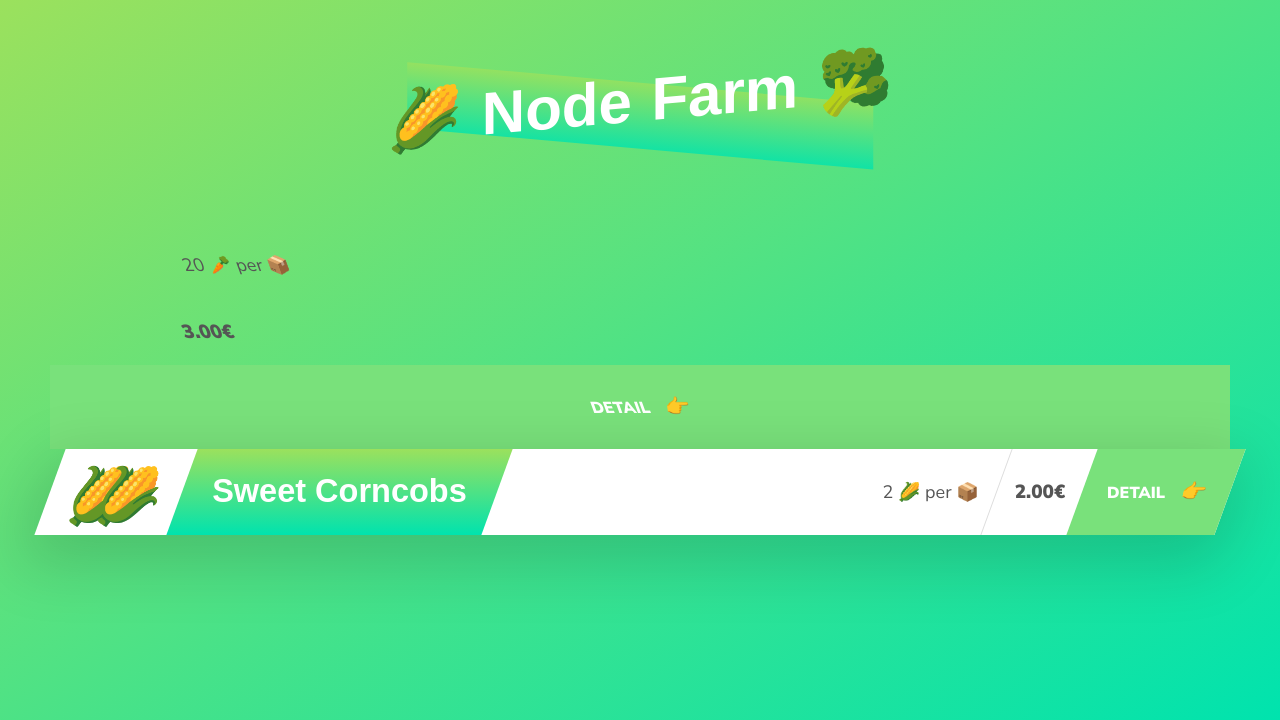
Repository: Tiantian-C/node2
Page: templates/template-overview.html
An editor plug-in stored every save of this project. The page is shown before and after the next save, followed by the edit.
The browser window is 1280 px wide. The pictures show the whole page.
Some web fonts or font styles are not loaded; a fallback is used.

Above is the page before, as saved 2023-07-15 15:41:27.

### templates/template-overview.html
<!DOCTYPE html>
<html lang="en">
  <head>
    <meta charset="UTF-8" />
    <meta name="viewport" content="width=device-width, initial-scale=1.0" />
    <meta http-equiv="X-UA-Compatible" content="ie=edge" />
    <link
      href="https://fonts.googleapis.com/css?family=Megrim|Nunito+Sans:400,900"
      rel="stylesheet"
    />
    <link
      rel="icon"
      href="https://emojipedia-us.s3.dualstack.us-west-1.amazonaws.com/thumbs/240/apple/155/ear-of-maize_1f33d.png"
    />

    <title>NODE FARM</title>

    <style>
      *,
      *::before,
      *::after {
        margin: 0;
        padding: 0;
        box-sizing: inherit;
      }

      html {
        font-size: 62.5%;
        box-sizing: border-box;
      }

      body {
        padding: 5rem 5rem 10rem;
        line-height: 1.7;
        font-family: 'Nunito Sans', sans-serif;
        color: #555;
        min-height: 100vh;
        background: linear-gradient(to bottom right, #9be15d, #00e3ae);
      }

      h1 {
        font-family: 'Megrim', sans-serif;
        font-size: 6rem;
        color: white;
        transform: skewY(-5deg);
        text-align: center;
        position: relative;
        word-spacing: 3px;
      }

      h1::before {
        content: '';
        display: block;
        height: 65%;
        width: 49%;
        position: absolute;
        top: 105%;
        left: 50%;
        background: linear-gradient(to bottom, #9be15d, #00e3ae);
        opacity: 0.8;
        z-index: -1;
        transform: skewY(370deg) translate(-50%, -50%);
      }

      .container {
        width: 95rem;
        margin: 0 auto;
      }

      .cards-container {
        margin-top: 8rem;
      }

      .card {
        background: white;
        box-shadow: 0 2rem 6rem 1rem rgba(0, 0, 0, 0.15);
        margin-bottom: 5rem;
        transform: skewX(-20deg);
        display: flex;
        transition: all 0.5s;
      }

      .card__emoji {
        font-size: 5.5rem;
        line-height: 1.2;
        padding: 1.5rem 6rem 0.5rem 1.5rem;
        letter-spacing: -4rem;
        transform: skewX(20deg);
      }

      .card__title-box {
        background: linear-gradient(to bottom, #9be15d, #00e3ae);
        margin-right: auto;
        display: flex;
        align-items: center;
        padding: 0 3rem;
      }

      .card__title {
        font-family: 'Megrim', sans-serif;
        color: white;
        font-size: 3.25rem;
        transform: skewX(20deg);
      }

      .card__details {
        display: flex;
      }

      .card__detail-box {
        align-self: stretch;
        border-right: 1px solid #ddd;
        display: flex;
        align-items: center;
      }

      .card__detail-box:last-child {
        border: none;
      }

      .card__detail {
        font-weight: 400;
        font-size: 1.8rem;
        transform: skewX(20deg);
        padding: 1.75rem;
      }

      .card__detail--organic {
        font-weight: 900;
        text-transform: uppercase;
        font-size: 1.9rem;
        background-image: linear-gradient(to right, #9be15d, #00e3ae);
        -webkit-background-clip: text;
        background-clip: text;
        color: transparent;
      }

      .card__detail--price {
        font-weight: 900;
        font-size: 1.9rem;
      }

      .card__link:link,
      .card__link:visited {
        flex: 0 0 auto;
        background-color: #79e17b;
        color: white;
        font-size: 1.6rem;
        font-weight: 900;
        text-transform: uppercase;
        text-decoration: none;
        padding: 2.5rem;
        text-align: center;
        display: flex;
        align-items: center;
        justify-content: center;
        transition: all 0.3s;
      }

      .card__link:hover,
      .card__link:active {
        background-color: #9be15d;
      }

      .card__link span {
        transform: skewX(20deg);
      }

      .card:hover {
        transform: skewX(-20deg) scale(1.08);
        box-shadow: 0 3rem 8rem 2rem rgba(0, 0, 0, 0.15);
      }

      .emoji-left {
        font-size: 2rem;
        margin-right: 1rem;
      }

      .emoji-right {
        font-size: 2rem;
        margin-left: 1rem;
      }

      .not-organic {
        display: none;
      }
    </style>
  </head>

  <body>
    <div class="container">
      <h1>🌽 Node Farm 🥦</h1>

      <div class="cards-container">

              <h6 class="card__detail">20 🥕 per 📦</h6>
            </div>

            <div class="card__detail-box">
              <h6 class="card__detail card__detail--price">3.00€</h6>
            </div>
          </div>

          <a class="card__link" href="#">
            <span>Detail <i class="emoji-right">👉</i></span>
          </a>
        </figure>

        <figure class="card">
          <div class="card__emoji">🌽🌽</div>
          <div class="card__title-box">
            <h2 class="card__title">Sweet Corncobs</h2>
          </div>

          <div class="card__details">
            <div class="card__detail-box">
              <h6 class="card__detail">2 🌽 per 📦</h6>
            </div>

            <div class="card__detail-box">
              <h6 class="card__detail card__detail--price">2.00€</h6>
            </div>
          </div>

          <a class="card__link" href="#">
            <span>Detail <i class="emoji-right">👉</i></span>
          </a>
        </figure>
      </div>
    </div>
  </body>
</html>

After the next save:
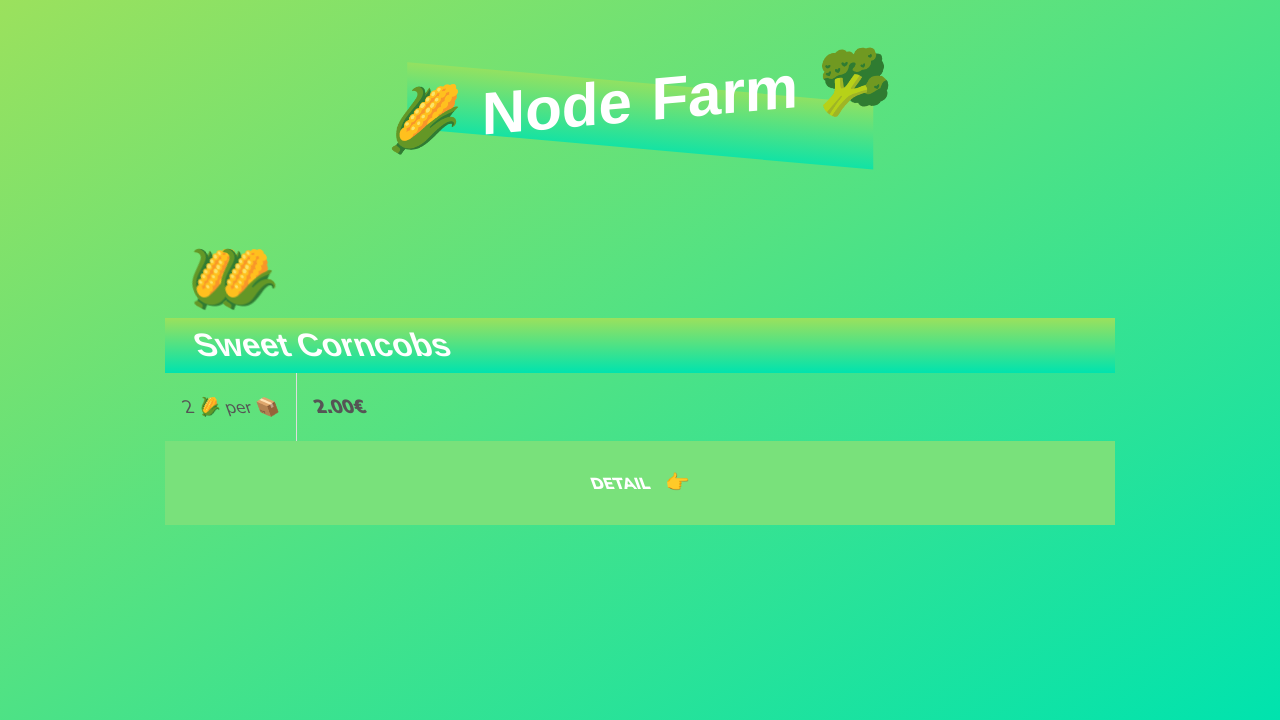
Saved 5 s later.
--- a/templates/template-overview.html
+++ b/templates/template-overview.html
@@ -193,20 +193,7 @@
 
       <div class="cards-container">
 
-              <h6 class="card__detail">20 🥕 per 📦</h6>
-            </div>
-
-            <div class="card__detail-box">
-              <h6 class="card__detail card__detail--price">3.00€</h6>
-            </div>
-          </div>
-
-          <a class="card__link" href="#">
-            <span>Detail <i class="emoji-right">👉</i></span>
-          </a>
-        </figure>
-
-        <figure class="card">
+
           <div class="card__emoji">🌽🌽</div>
           <div class="card__title-box">
             <h2 class="card__title">Sweet Corncobs</h2>
